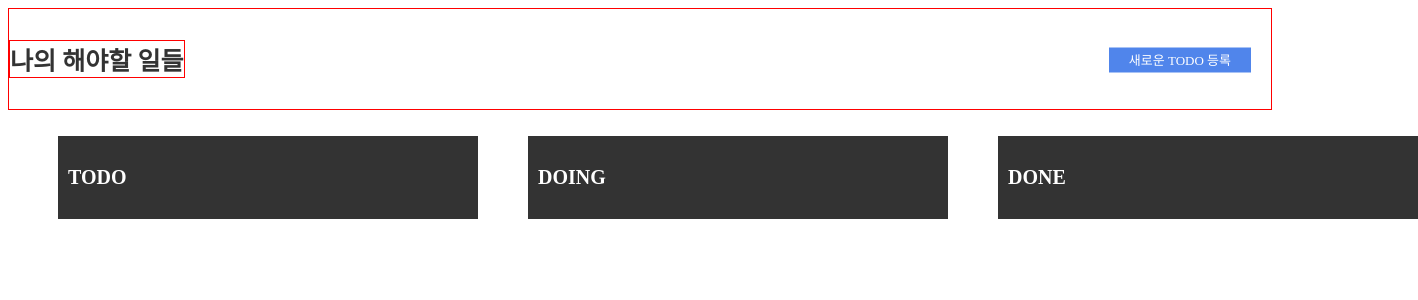
Repository: estellechoi/jsp-project-todo
Page: http://localhost/todo/MainServlet
The author's editor kept a copy of each file at every save. The page is drawn from the files as they stood at one save, then again after the next save.
The browser window is 1280 px wide. The page is 1418 px wide, so the pictures cover 1418 px, including what lies to the right of the window. The pictures show the whole page.
The page is served by Tomcat 9. Queries for data that is not in the repository find no rows.

Above is the page before, as saved 2019-12-08 08:13:40.

After the next save:
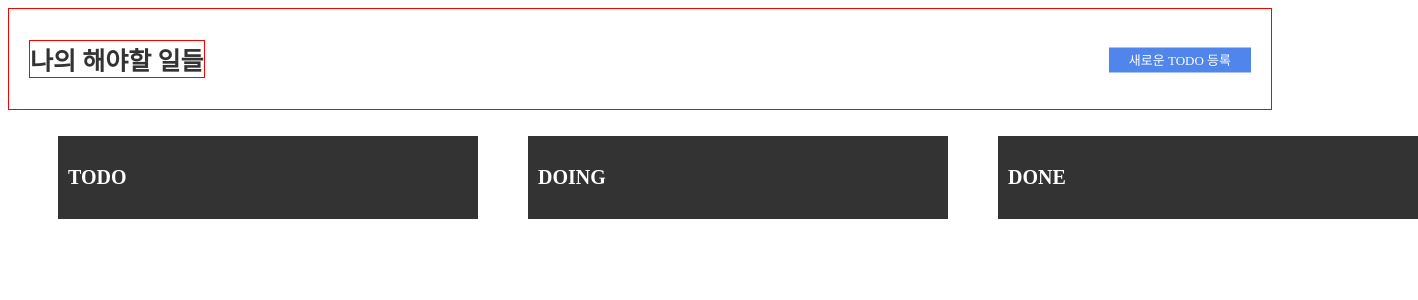
Saved 9 s later.
--- a/todo/src/main/webapp/jsp/main.jsp
+++ b/todo/src/main/webapp/jsp/main.jsp
@@ -37,6 +37,7 @@
 		border: 1px solid red;
 		position: relative;
 		top: 50%;
+		left: 20px;
 		transform: translateY(-50%);
 	}
 
